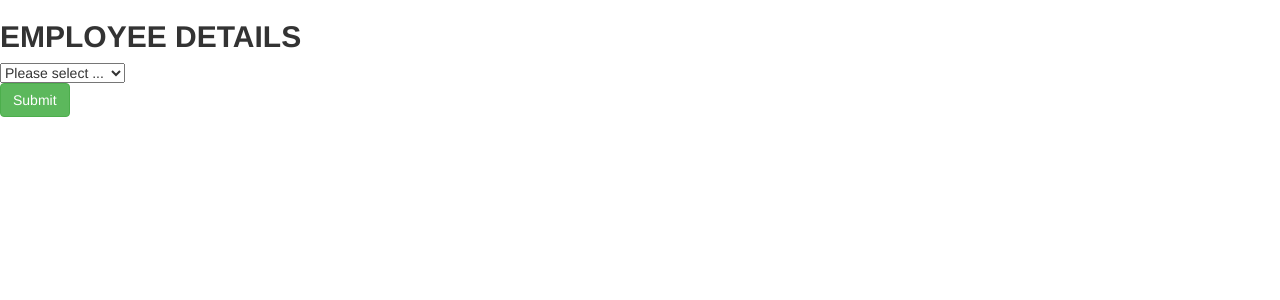
Repository: royakash07/FirstWebApplication
Page: http://localhost/SampleWebApplication/Details.jsp
An editor plug-in stored every save of this project. The page is shown before and after the next save, followed by the edit.
The browser window is 1280 px wide. The pictures show the whole page.
Some web libraries are served in a nearby version. The page is served by Tomcat 9. Other server files are loaded and not shown.

Above is the page before, as saved 2017-12-01 07:03:17.

### SampleWebApplication/WebContent/Details.jsp
<%@ page language="java" contentType="text/html; charset=ISO-8859-1"
    pageEncoding="ISO-8859-1"%>
<!DOCTYPE html PUBLIC "-//W3C//DTD HTML 4.01 Transitional//EN" "http://www.w3.org/TR/html4/loose.dtd">
<html>
<head>
<meta http-equiv="Content-Type" content="text/html; charset=ISO-8859-1">
<title>Details</title>
  <meta name="viewport" content="width=device-width, initial-scale=1">
  <link rel="stylesheet" href="https://maxcdn.bootstrapcdn.com/bootstrap/3.3.7/css/bootstrap.min.css">
  <script src="https://ajax.googleapis.com/ajax/libs/jquery/3.2.1/jquery.min.js"></script>
  <script src="https://maxcdn.bootstrapcdn.com/bootstrap/3.3.7/js/bootstrap.min.js"></script>
<meta http-equiv="Content-Type" content="text/html; charset=ISO-8859-1">
<script type="text/javascript">
function showfield(name){
	  if(name=='byId')document.getElementById('div1').innerHTML='byId: <input type="text" name="other" />';
	  else if(name=='byName')document.getElementById('div1').innerHTML='<input type="text" class="form-control" name="other"placeholder="Employee Name" />';
	  else document.getElementById('div1').innerHTML='';
	}
</script>
</head>
<body>
<h2><strong>EMPLOYEE DETAILS</strong></h2>
<div action="EmployeeInformation" method="post">
<select name="empDetail" id="empDetail" onchange="showfield(this.options[this.selectedIndex].value)">
<option class="drop"selected="selected">Please select ...</option>
<option value="all">Get All Details</option>
<option value="byName">Details by Name</option>
<option value="byId">Details by Id</option>
</select>
<div id="div1">
</div>
</div>
<input type="submit"class="btn btn-success" value="Submit">
</body>
</html>

After the next save:
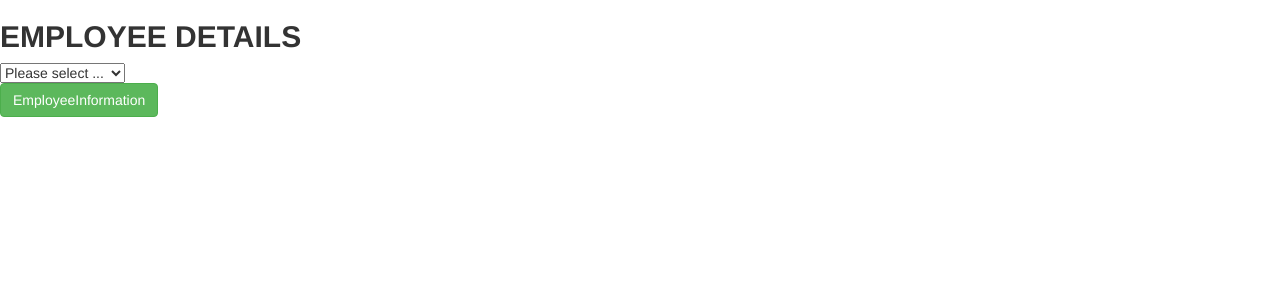
Saved 32 s later.
--- a/SampleWebApplication/WebContent/Details.jsp
+++ b/SampleWebApplication/WebContent/Details.jsp
@@ -30,6 +30,6 @@ function showfield(name){
 <div id="div1">
 </div>
 </div>
-<input type="submit"class="btn btn-success" value="Submit">
+<input type="submit"class="btn btn-success" value="EmployeeInformation">
 </body>
 </html>
